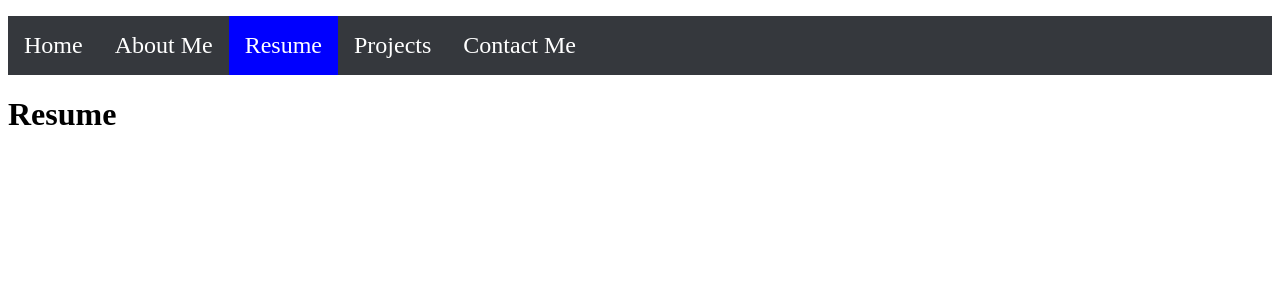
Repository: MasonSingleterry/MasonSingleterry.github.io
Page: resume.html
The author's editor kept a record of every edit. The page is drawn from the files as they stood at one moment, then again after the next edit.
The browser window is 1280 px wide. The pictures show the whole page.

Above is the page before.

After the next edit:
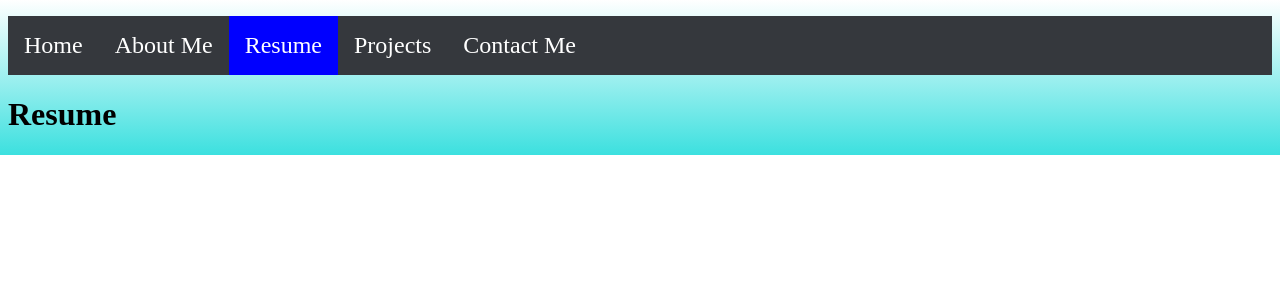
The edit:
--- a/style.css
+++ b/style.css
@@ -1,5 +1,8 @@
             .body {
-                background-color: #FFFFFF;
+                background: rgb(60,224,223);
+                background: linear-gradient(0deg, rgba(60,224,223,1) 0%, rgba(255,255,255,1) 100%);
+                background-repeat: no-repeat;
+                background-size: contain;
                 color: #00000;
             }
 
